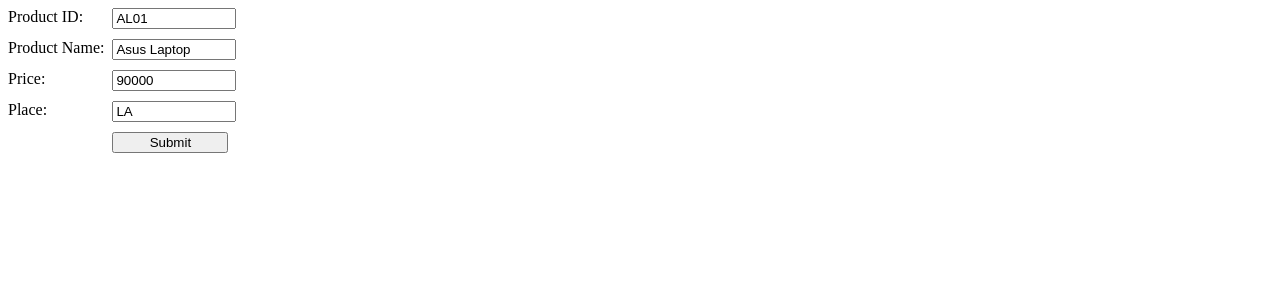
Repository: chofong1999/workspace202607
Page: mvweb0716/src/main/webapp/product.html
An editor plug-in stored every save of this project. The page is shown before and after the next save, followed by the edit.
The browser window is 1280 px wide. The pictures show the whole page.

Above is the page before, as saved 2026-07-16 03:40:05.

### mvweb0716/src/main/webapp/product.html
<!DOCTYPE html>
<html>
<head>
<meta charset="UTF-8">
<title>Product Form</title>

<style>
.product-form {
    display: grid;
    grid-template-columns: max-content;
    gap: 10px 8px;
}
.product-form input {
	width:10%;
    grid-column: 2;
    justify-self: start;
}
</style>
</head>

<body>

<form action="product.jsp" method="post" class="product-form">
    Product ID:<input name="product_id" value="AL01">
    Product Name:<input name="product_name" value="Asus Laptop">
    Price:<input name="price" value="90000">
    Place:<input name="place" value="LA">
    <input type="submit">
</form>

</body>
</html>

After the next save:
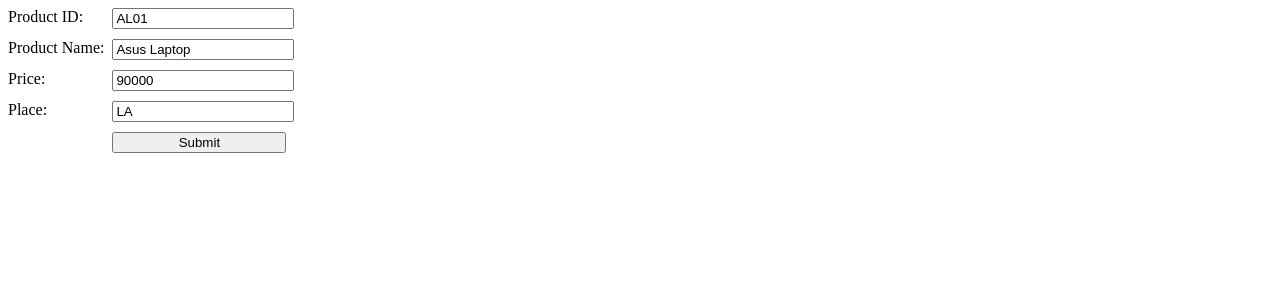
Saved 27 s later.
--- a/mvweb0716/src/main/webapp/product.html
+++ b/mvweb0716/src/main/webapp/product.html
@@ -11,7 +11,11 @@
     gap: 10px 8px;
 }
 .product-form input {
-	width:10%;
+	width:15%;
+    grid-column: 2;
+    justify-self: start;
+}
+.product-form button {
     grid-column: 2;
     justify-self: start;
 }
